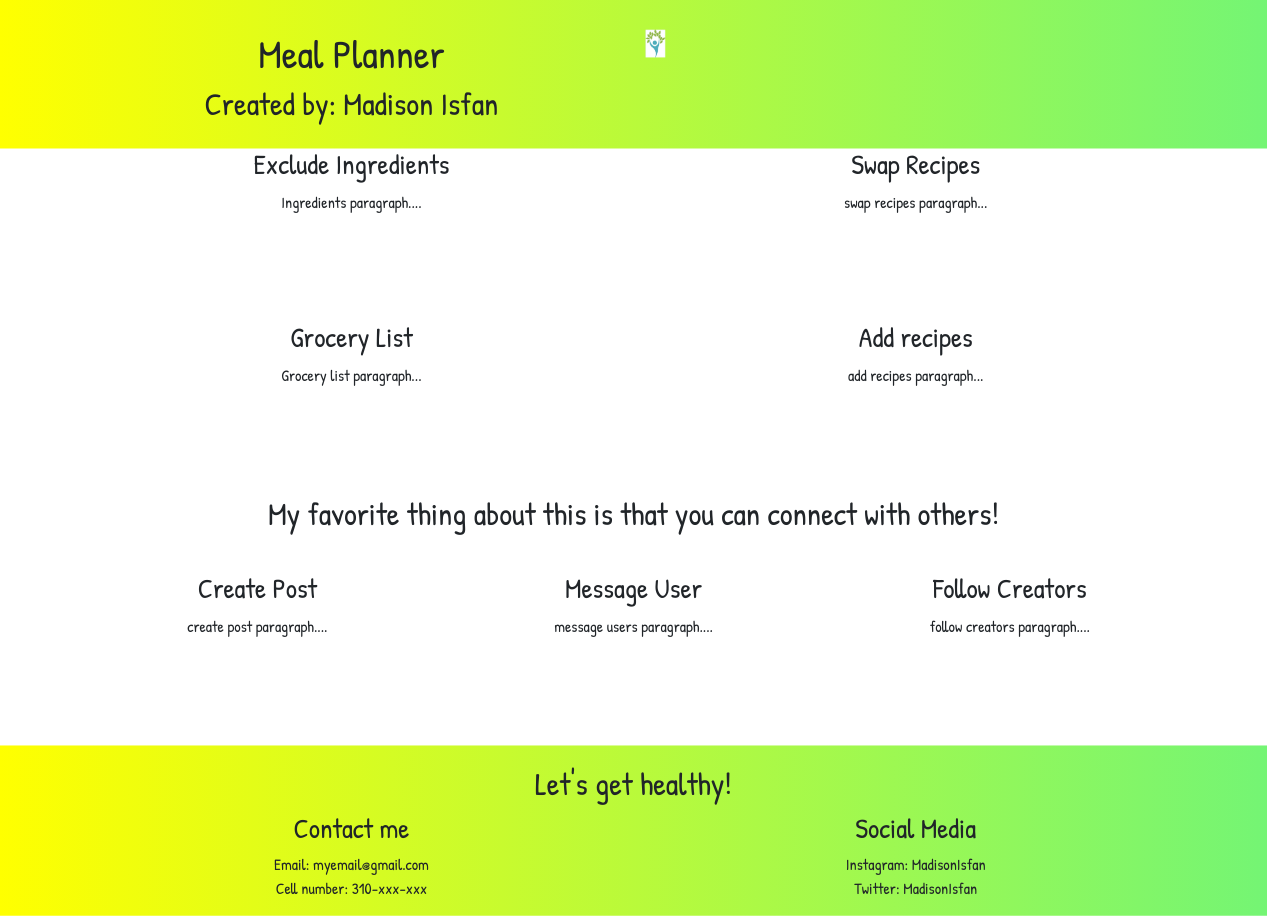
Repository: madisonisfan/Meal-Planner
Page: index.html
These files come from the project's save history. The page is drawn as it stood at one moment and after the next save; the edit follows.
The browser window is 1280 px wide. The pictures show the whole page, at 99% of full size.
Some web libraries are served in a nearby version.

Above is the page before, as saved 2021-02-17 17:44:20.

After the next save:
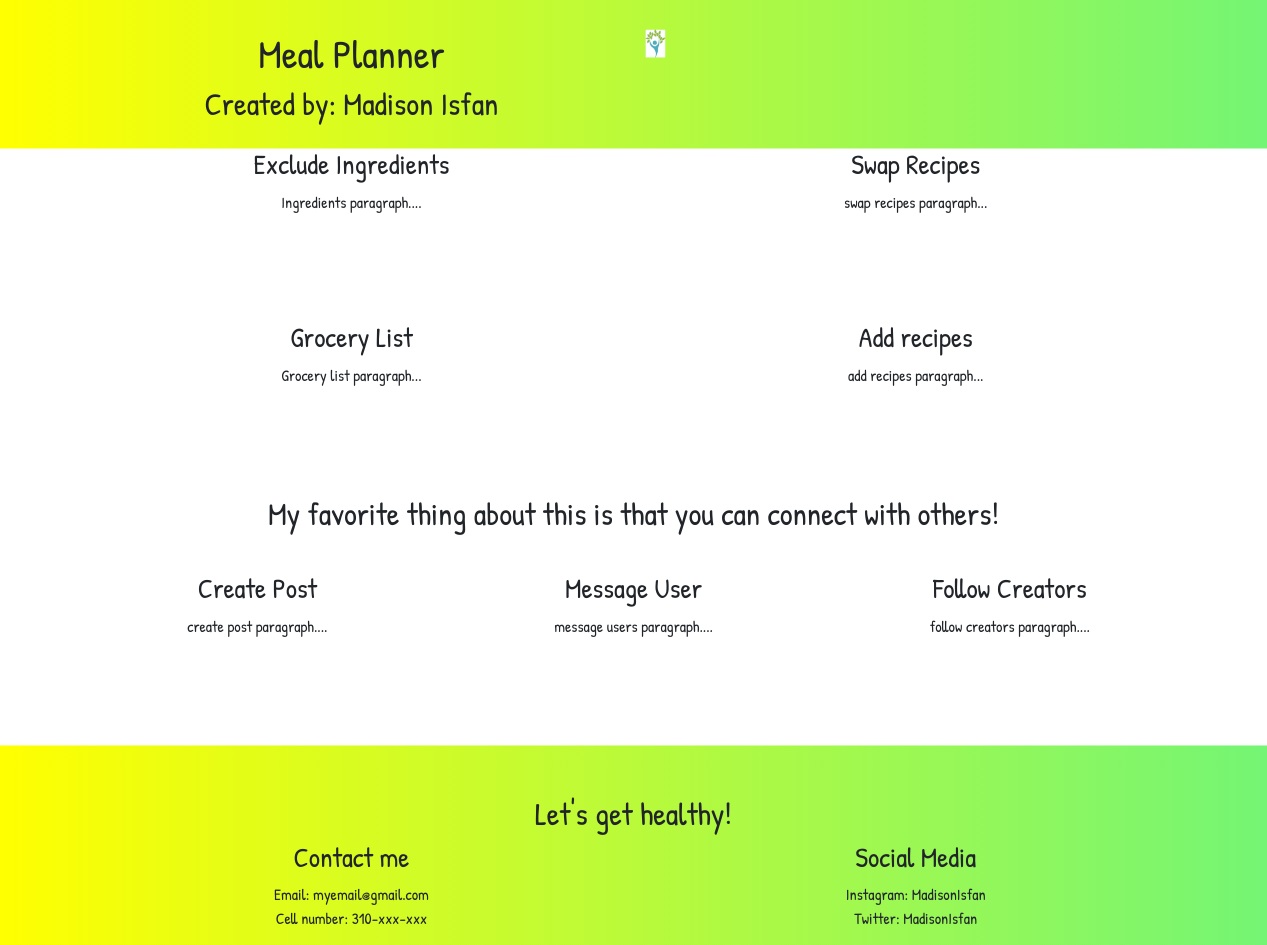
Saved 7 s later.
--- a/css/styles.css
+++ b/css/styles.css
@@ -8,7 +8,7 @@ body {
 
 footer {
   background-image: linear-gradient(to right, yellow, rgb(116, 245, 116));
-  padding-top: 20px;
+  padding-top: 50px;
 }
 
 img {
